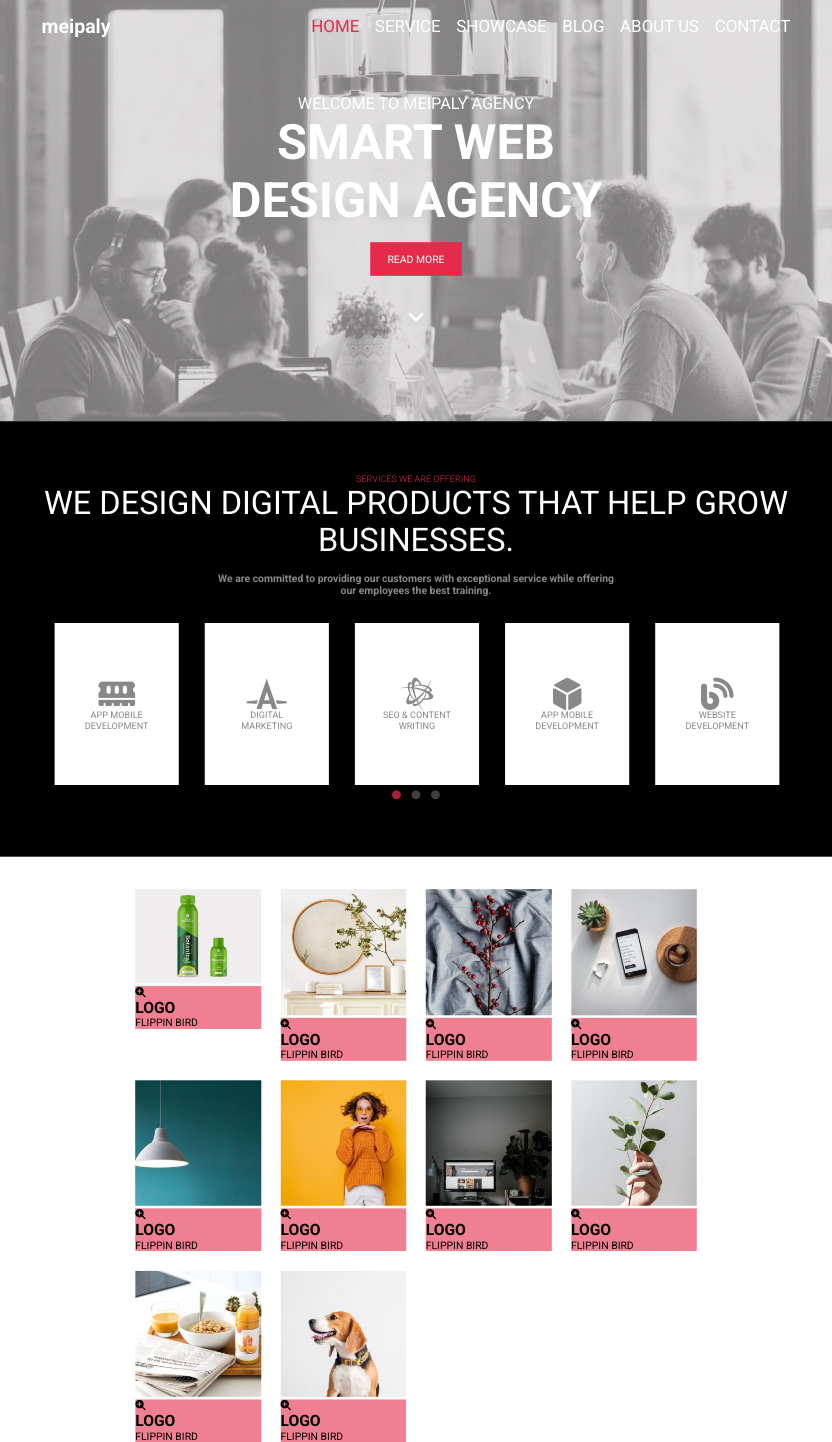
Repository: ducdatit2002/meipaly
Page: index.html
An editor plug-in stored every save of this project. The page is shown before and after a run of saves, followed by the edit.
The browser window is 1280 px wide. The pictures show the whole page, at 65% of full size.

Above is the page before, as saved 2023-07-17 19:28:48.

### index.html
<!DOCTYPE html>
<html lang="en">
  <head>
    <meta charset="UTF-8" />
    <meta name="viewport" content="width=device-width, initial-scale=1.0" />
    <title>Meipaly</title>
    <link rel="stylesheet" href="./index.css" />
    <link
      rel="stylesheet"
      href="https://cdnjs.cloudflare.com/ajax/libs/font-awesome/6.4.0/css/all.min.css"
      integrity="sha512-iecdLmaskl7CVkqkXNQ/ZH/XLlvWZOJyj7Yy7tcenmpD1ypASozpmT/E0iPtmFIB46ZmdtAc9eNBvH0H/ZpiBw=="
      crossorigin="anonymous"
      referrerpolicy="no-referrer"
    />
    <link rel="preconnect" href="https://fonts.googleapis.com">
    <link rel="preconnect" href="https://fonts.gstatic.com" crossorigin>
    <link
        href="https://fonts.googleapis.com/css2?family=Open+Sans:wght@300;400;500;600&family=Roboto:wght@300;400;500;700&display=swap"
        rel="stylesheet">
    <!-- FONT AWESOME -->
    <link rel="stylesheet" href="https://cdnjs.cloudflare.com/ajax/libs/font-awesome/6.4.0/css/all.min.css"
      integrity="sha512-iecdLmaskl7CVkqkXNQ/ZH/XLlvWZOJyj7Yy7tcenmpD1ypASozpmT/E0iPtmFIB46ZmdtAc9eNBvH0H/ZpiBw=="
      crossorigin="anonymous" referrerpolicy="no-referrer" />
    <!-- Slick CSS -->
    <link rel="stylesheet" type="text/css" href="./slick-1.8.1/slick/slick.css" />

    <link rel="stylesheet" type="text/css" href="./slick-1.8.1/slick/slick-theme.css" />

  <body>
    <header>
      <div class="header__container container">
        <span>meipaly</span>
        <nav>
            <a href="#" class="active">HOME</a>
            <a href="#">SERVICE</a>
            <a href="#">SHOWCASE</a>
            <a href="#">BLOG</a>
            <a href="#">ABOUT US</a>
            <a href="#">CONTACT</a>
        </nav>
      </div>
    </header>
    <section class="banner">
        <div class="banner__container">
            <p>WELCOME TO MEIPALY AGENCY</p>
            <h2>
                SMART WEB
                DESIGN AGENCY
            </h2>
            <button>READ MORE</button>
            <i class="fa fa-angle-down"></i>
        </div>
    </section>
    <section class="carousel">
      <div class="carousel__title">
        <p>SERVICES WE ARE OFFERING</p>
        <h2>WE DESIGN DIGITAL PRODUCTS THAT HELP GROW <br> BUSINESSES.</h2>
        <p>
          We are committed to providing our customers with exceptional service while offering
          <br>
          our employees the best training.
        </p>
      </div>
      <div class="container">
        <div class="carousel__list">
          <!-- START LIST ITEM -->
          <div class="carousel__item">
            <div class="item__container">
              <i class="fa fa-memory"></i>
              <p>APP MOBILE <br>DEVELOPMENT </p>
            </div>
          </div>
          <div class="carousel__item">
            <div class="item__container">
              <i class="fab fa-autoprefixer"></i>
              <p>DIGITAL <br>MARKETING</p>
            </div>
          </div>
          <div class="carousel__item">
            <div class="item__container">
              <i class="fab fa-battle-net"></i>
              <p>SEO & CONTENT <br>WRITING</p>
            </div>
          </div>
          <div class="carousel__item">
            <div class="item__container">
              <i class="fa fa-dice-d6"></i>
              <p>APP MOBILE <br>DEVELOPMENT </p>
            </div>
          </div>
          <div class="carousel__item">
            <div class="item__container">
              <i class="fa fa-blog"></i>
              <p>WEBSITE <br>DEVELOPMENT</p>
            </div>
          </div>
          <div class="carousel__item">
            <div class="item__container">
              <i class="fa fa-blog"></i>
              <p>WEBSITE <br>DEVELOPMENT</p>
            </div>
          </div>
          <div class="carousel__item">
            <div class="item__container">
              <i class="fa fa-blog"></i>
              <p>WEBSITE <br>DEVELOPMENT</p>
            </div>
          </div>
          <!-- END LIST ITEM -->
        </div>
      </div>

    </section>
    <section class="blog">
      <div class="container">
        <div class="blog__list">
          <!-- START BLOG ITEM -->
          <div class="blog__item">
            <img src="./img/grid-metro-1.jpg" alt="">
            <div class="blog__overlay">
              <div class="blog__search">
                <i class="fa fa-search-plus"></i>
              </div>
              <div class="blog_desc">
                <h2>LOGO</h2>
                <p>FLIPPIN BIRD</p>
              </div>
            </div>
          </div>
          <div class="blog__item">
            <img src="./img/grid-metro-2.jpg" alt="">
            <div class="blog__overlay">
              <div class="blog__search">
                <i class="fa fa-search-plus"></i>
              </div>
              <div class="blog_desc">
                <h2>LOGO</h2>
                <p>FLIPPIN BIRD</p>
              </div>
            </div>
          </div>
          <div class="blog__item">
            <img src="./img/grid-metro-3.jpg" alt="">
            <div class="blog__overlay">
              <div class="blog__search">
                <i class="fa fa-search-plus"></i>
              </div>
              <div class="blog_desc">
                <h2>LOGO</h2>
                <p>FLIPPIN BIRD</p>
              </div>
            </div>
          </div>
          <div class="blog__item">
            <img src="./img/grid-metro-4.jpg" alt="">
            <div class="blog__overlay">
              <div class="blog__search">
                <i class="fa fa-search-plus"></i>
              </div>
              <div class="blog_desc">
                <h2>LOGO</h2>
                <p>FLIPPIN BIRD</p>
              </div>
            </div>
          </div>
          <div class="blog__item">
            <img src="./img/grid-metro-5.jpg" alt="">
            <div class="blog__overlay">
              <div class="blog__search">
                <i class="fa fa-search-plus"></i>
              </div>
              <div class="blog_desc">
                <h2>LOGO</h2>
                <p>FLIPPIN BIRD</p>
              </div>
            </div>
          </div>
          <div class="blog__item">
            <img src="./img/grid-metro-6.jpg" alt="">
            <div class="blog__overlay">
              <div class="blog__search">
                <i class="fa fa-search-plus"></i>
              </div>
              <div class="blog_desc">
                <h2>LOGO</h2>
                <p>FLIPPIN BIRD</p>
              </div>
            </div>
          </div>
          <div class="blog__item">
            <img src="./img/grid-metro-7.jpg" alt="">
            <div class="blog__overlay">
              <div class="blog__search">
                <i class="fa fa-search-plus"></i>
              </div>
              <div class="blog_desc">
                <h2>LOGO</h2>
                <p>FLIPPIN BIRD</p>
              </div>
            </div>
          </div>
          <div class="blog__item">
            <img src="./img/grid-metro-8.jpg" alt="">
            <div class="blog__overlay">
              <div class="blog__search">
                <i class="fa fa-search-plus"></i>
              </div>
              <div class="blog_desc">
                <h2>LOGO</h2>
                <p>FLIPPIN BIRD</p>
              </div>
            </div>
          </div>
          <div class="blog__item">
            <img src="./img/grid-metro-9.jpg" alt="">
            <div class="blog__overlay">
              <div class="blog__search">
                <i class="fa fa-search-plus"></i>
              </div>
              <div class="blog_desc">
                <h2>LOGO</h2>
                <p>FLIPPIN BIRD</p>
              </div>
            </div>
          </div>
          <div class="blog__item">
            <img src="./img/grid-metro-10.jpg" alt="">
            <div class="blog__overlay">
              <div class="blog__search">
                <i class="fa fa-search-plus"></i>
              </div>
              <div class="blog_desc">
                <h2>LOGO</h2>
                <p>FLIPPIN BIRD</p>
              </div>
            </div>
          </div>
          <!-- END BLOG ITEM -->
        </div>
      </div>
    </section>
    <section class="number"></section>
    <section class="experience"></section>
    <section class="contact"></section>
    <footer></footer>
    <!-- JQuery -->
    <script src="https://code.jquery.com/jquery-1.12.4.js" integrity="sha256-Qw82+bXyGq6MydymqBxNPYTaUXXq7c8v3CwiYwLLNXU="
      crossorigin="anonymous"></script>
    <!-- Slick -->
    <script src="./slick-1.8.1/slick/slick.js"></script>
    <script>
      $(document).ready(function () {
          $('.carousel__list').slick({
            infinite: true,
            slidesToShow: 5,
            slidesToScroll: 3,
            arrows: false,
            dots:true
            // setting- name: setting - value
        });
      });
    </script>

  </body>
</html>

### index.css
*{
    padding: 0;
    margin: 0;
    box-sizing: border-box;
    font-family: 'Open Sans', sans-serif;
    font-family: 'Roboto', sans-serif;
}
/* flex => list */
header {
    position: absolute;
    width: 100%;
    display: flex;
    justify-content: center;
}
.container {
    width: 90%;
    max-width: 1200px;
    margin: 0 auto;
}
.header__container {
    height: 80px;
    display: flex;
    justify-content: space-between;
    align-items: center;
}
/* Trục chính default là chiều ngang */
/* Justify-content: trục chính */
/* align-items: trục phụ */
header span {
    font-size: 30px;
    font-weight: 800;
    color: white;
}
header a {
    color: white;
    text-decoration: none;
    text-transform: uppercase;
    margin-left: 20px;
    font-size: 26px;
    transition: 0.5s;
}
header a.active, header a:hover {
    color: #e62b4a;
}

/* BANNER */
.banner {
    background-image: url(./img/home_slider.jpg);
    height: 90vh;
    min-height: 500px;
    background-repeat: no-repeat;
    background-size: cover;
    background-position: center;
    /*  */
    display: flex;
    align-items: center;
    justify-content: center;
}
.banner__container {
    width: 600px;
    height: 400px;
    display: flex;
    flex-direction: column;
    /* chuyển trục chính từ ngang sang dọc */
    justify-content: center;
    align-items: center;
    color: white;
}
.banner__container p{
    font-size: 25px;
}
.banner__container h2 {
    font-size: 75px;
    line-height: 90px;
    text-align: center;
}
.banner__container button {
    font-size: 16px;
    margin-top: 20px;
    padding: 15px 25px;
    background-color: #e62b4a;
    color: white;
    border: 1px solid #e62b4a;
    cursor: pointer;
    transition: all 0.5s;
}
.banner__container button:hover {
    background-color: #af2239;
}
.banner__container i {
    margin-top: 50px;
    font-size: 30px;
    animation: animate_arrow 1s linear 0s infinite;
}
/* CAROUSEL */
.carousel {
    background: #000;
    padding: 80px 0;
}
.carousel__item {
    padding: 0 20px;
}
.carousel__item i {
    font-size: 50px;
    color: #888888;
}
.carousel__item p {
    font-size: 14px;
    text-align: center;
    color: #888888;
}
.carousel__title {
    text-align: center;
}
.carousel__title p:first-of-type{
    font-size: 14px;
    color: #e62b4a;
    font-weight: 300;
}
.carousel__title h2{
    font-size: 50px;
    font-weight: 400;
    color: white;
}
.carousel__title p:last-of-type {
    font-size: 16px;
    color: #888888;
    font-weight: 700;
    margin-top: 20px;
    margin-bottom: 40px;
}
.item__container {
    background: white;
    height: 250px;
    display: flex;
    flex-direction: column;
    justify-content: center;
    align-items: center;
    position: relative;
}
.item__container::before {
    content: "";
    display: block;
    position: absolute;
    right: 0;
    top: 0;
    width: 5px;
    background: #e62b4a;
    height: 0%;
    transition: 0.3s;
}
.item__container:hover::before {
    height: 100%;
}
.slick-dots li button:before {
    color: white !important;
    font-size: 16px !important;
}

.slick-dots li.slick-active button:before {
    color: #e62b4a !important;
    font-size: 16px;
}
@keyframes animate_arrow {
    from {
        opacity: 1;
        transform: translateY(0px);
    }

    to {
        opacity: 0;
        transform: translateY(40px);
    }
}
/* BLOG */
.blog__list {
    display: grid;
    grid-template-columns: repeat(4, 1fr);
    gap: 30px;
    width: 75%;
    margin: 50px auto 0;

}
.blog__list img {
    width: 100%;
}
.blog__item {
    position: relative;
}
.blog__overlay {
    background: rgba(230, 43, 74, 0.6);

}

Loaded but not shown: slick-1.8.1/slick/slick.css (common file); slick-1.8.1/slick/slick-theme.css (library); slick-1.8.1/slick/slick.js (library)

After the next 2 saves:
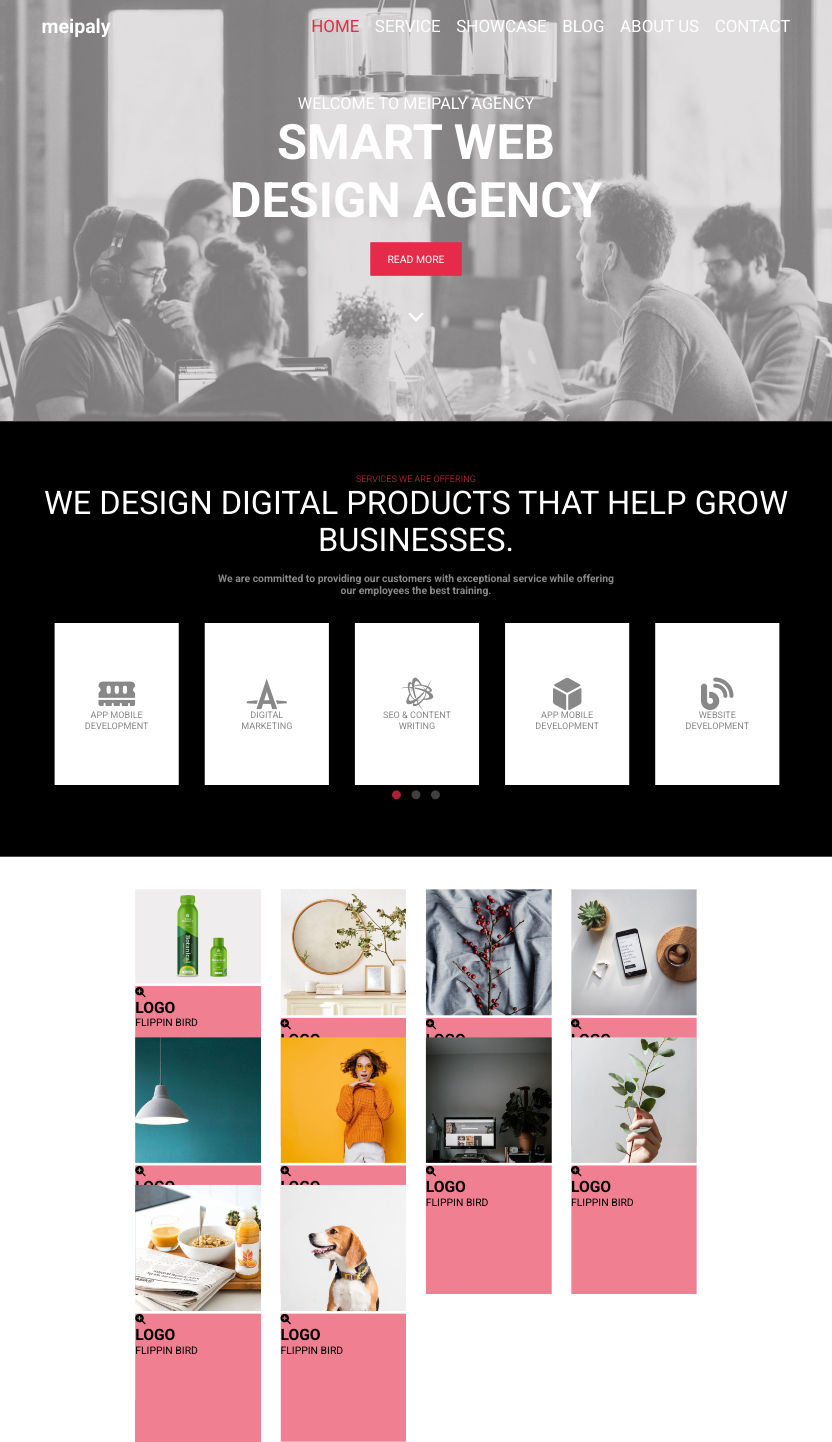
The 2 saves are shown as one change because they came seconds apart.
The last was saved 15 s later.
--- a/index.css
+++ b/index.css
@@ -189,5 +189,7 @@ header a.active, header a:hover {
 }
 .blog__overlay {
     background: rgba(230, 43, 74, 0.6);
-
+    width: 100%;
+    height: 100%;
+    position: absolute;
 }
